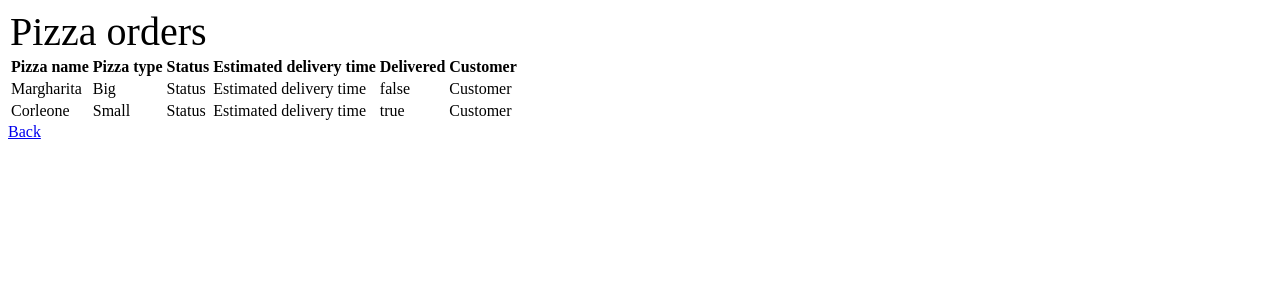
Repository: lukas77pro/html_css_js
Page: html/Test/WebContent/Tabela.html
The author's editor kept a copy of each file at every save. The page is drawn from the files as they stood at one save, then again after the next save.
The browser window is 1280 px wide. The pictures show the whole page.

Above is the page before, as saved 2015-07-10 13:27:25.

### html/Test/WebContent/Tabela.html
<!DOCTYPE html>
<html>
<head>
<meta charset="UTF-8">
<title>Insert title here</title>
<link rel="stylesheet" type="text/css" href="Styl.css">
</head>
<body>
	<div class="HeaderMain">
		<legend id="LegendMain">Pizza orders</legend>
	</div>
	<table>
		<tr>
			<th>Pizza name</th>
			<th>Pizza type</th>
			<th>Status</th>
			<th>Estimated delivery time</th>
			<th>Delivered</th>
			<th>Customer</th>
		</tr>
		<tr>
			<td>Margharita</td>
			<td>Big</td>
			<td>Status</td>
			<td>Estimated delivery time</td>
			<td>false</td>
			<td>Customer</td>
		</tr>
		<tr>
			<td>Corleone</td>
			<td>Small</td>
			<td>Status</td>
			<td>Estimated delivery time</td>
			<td>true</td>
			<td>Customer</td>
		</tr>
	</table>

	<a href="Formularz.html">Back</a>

</body>
</html>

### html/Test/WebContent/Styl.css
@CHARSET "UTF-8";

#Customer {

}

#Legend1 {
	font-family: Arial, Helvetica Neue, Helvetica, sans-serif;
	font-size: 20px;
	font-style: normal;
	font-variant: normal;
	font-weight: 500;
	line-height: 22px;
}

#LegendMain {
	font-size: 40px;
}

/* table , th, td {
    border: 2px solid black;
    tr:nth-child(odd)		{ background-color:#eee; }
	tr:nth-child(even)		{ background-color:#fff; }
} */


tr:nth-child(even):hover {
  background: pink;
}
tr:nth-child(odd):hover {
  background: lime;
}

After the next save:
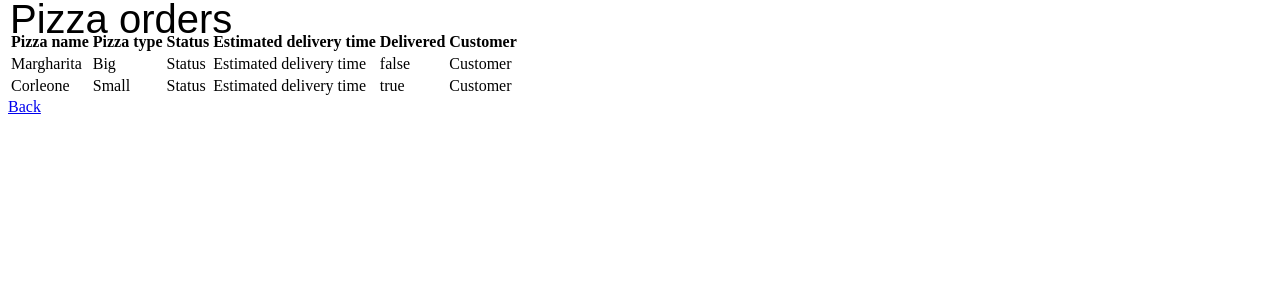
Saved 18 s later.
--- a/html/Test/WebContent/Styl.css
+++ b/html/Test/WebContent/Styl.css
@@ -4,13 +4,14 @@
 
 }
 
-#Legend1 {
+.HeaderMain{
 	font-family: Arial, Helvetica Neue, Helvetica, sans-serif;
 	font-size: 20px;
 	font-style: normal;
 	font-variant: normal;
 	font-weight: 500;
 	line-height: 22px;
+
 }
 
 #LegendMain {
